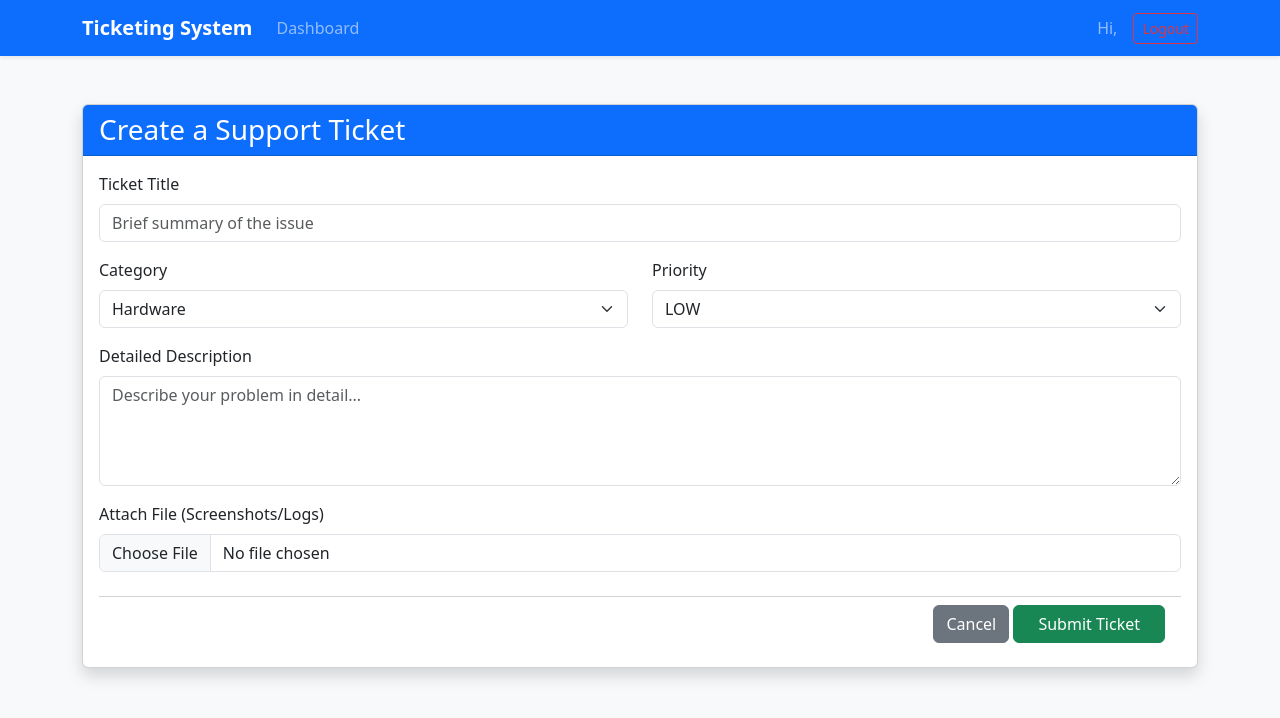
Repository: stevethetechguy/Ticketing-Gateway-System
Page: http://localhost/TicketGatewayUI/WEB-INF/views/raiseTicket.jsp
These files come from the project's save history. The page is drawn as it stood at one moment and after the next save; the edit follows.
The browser window is 1280 px wide. The pictures show the whole page.
The page is served by Tomcat 9. Nobody is signed in. The template is opened directly, without the code that normally fills it, so the values that code supplies are empty.

Above is the page before, as saved 2026-02-05 18:13:23.

After the next save:
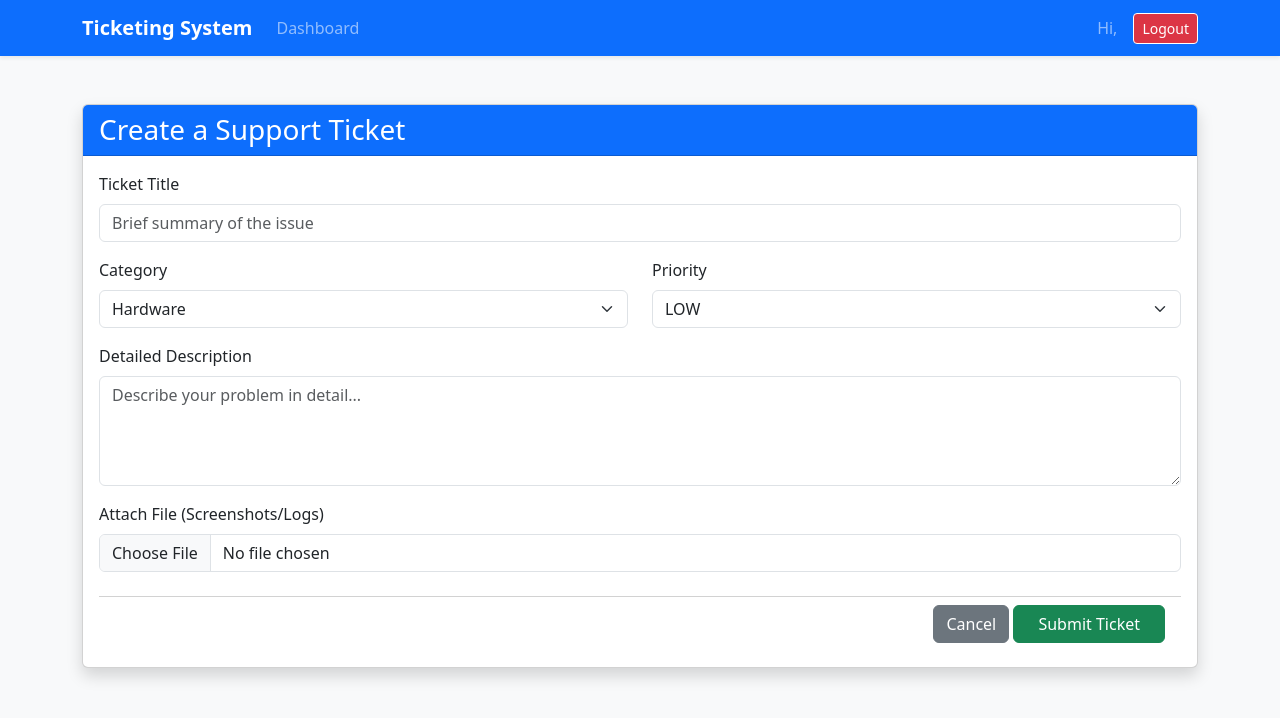
Saved 55 s later.
--- a/TicketGatewayUI/src/main/webapp/WEB-INF/views/navbar.jsp
+++ b/TicketGatewayUI/src/main/webapp/WEB-INF/views/navbar.jsp
@@ -46,7 +46,7 @@
                 <span class="navbar-text me-3 text-d">
                     Hi, <strong><sec:authentication property="principal.username"/></strong>
                 </span>
-                <a href="${pageContext.request.contextPath}/logout" class="btn btn-outline-danger btn-sm">Logout</a>
+                <a href="${pageContext.request.contextPath}/logout" class="btn btn-danger btn-sm text-white border-white">Logout</a>
             </div>
         </div>
     </div>
